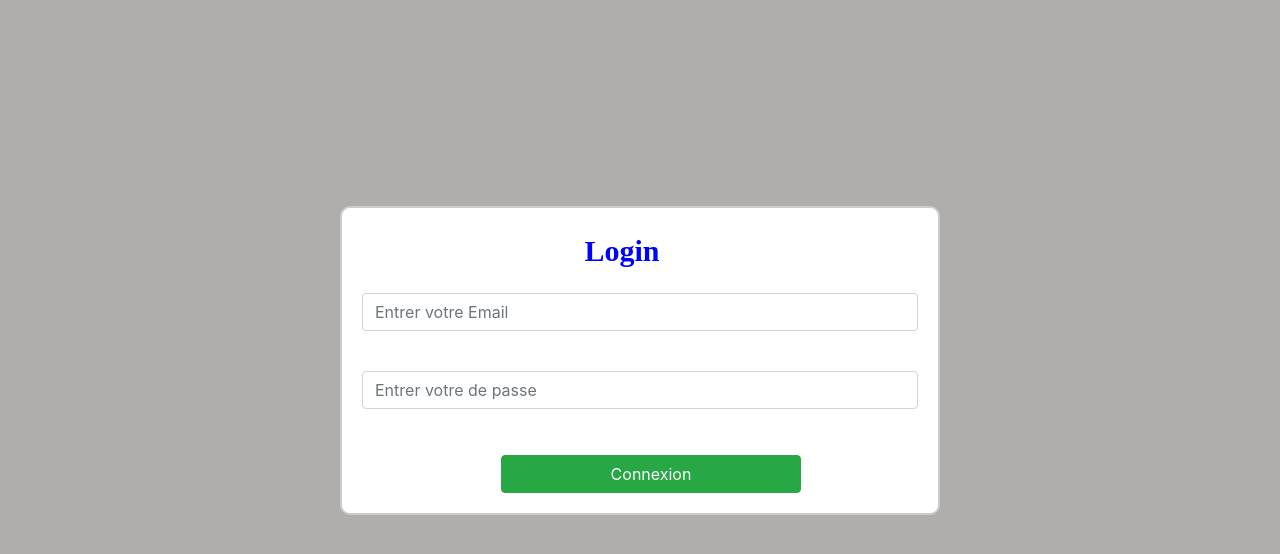
Repository: DiaryRz/FrontWeb
Page: /
An editor plug-in stored every save of this project. The page is shown before and after the next save, followed by the edit.
The browser window is 1280 px wide. The pictures show the whole page.
The project was rebuilt for these pictures with package versions that can differ from the ones it lists, and the page was loaded fresh each time. Also part of the build but not shown: src/component/css/Header.css, src/component/Header.jsx, src/page/css/AppAffichage.css, src/component/css/NavBar.css, src/component/NavBar.jsx, src/component/css/Model.css, src/component/InsertModel.jsx, src/page/AppAffichage.jsx and 26 more.

Above is the page before, as saved 2024-01-28 21:06:58.

### src/App.js
import AppAffichage from './page/AppAffichage';
import Liste from './page/Carburant';
import InsertionBoiteDeVitesse from './page/BoiteDeVitesse';
import InsertionLieu from './page/Lieu';
import InsertionMarque from './page/Marque';
import ListeDesLieux from './page/SelectLieu';
import Login from './component/Login';
import InsertionCategorie from './component/InsertionCategorie';
import ListeCarburant from './page/ListeCarburant';
import ListeCategorie from './page/ListeCategorie';
import Recherche from './page/Recherche';
import AnnonceAValider from './page/AnnonceAValiderPage';
import Chart from './page/ChartPage';
import { BrowserRouter, Route, Routes } from 'react-router-dom';
import ListeDesVit from './page/ListeBoiteDeVitessePage';
import ListeDesMar from './page/ListeMarquePage';

function App() {
  return (
    <div className="App">
      <BrowserRouter>
        <Routes>
          <Route path='/' element = {<Login/> }></Route>
          <Route path='/insertionModel' element={ <AppAffichage /> }></Route>     {/* Insertion model */}
          <Route path='/InsertionCarburant' element={ <Liste /> }></Route>
          <Route path='/InsertionBoiteDeVitesse' element={ <InsertionBoiteDeVitesse /> }></Route>
          <Route path='/InsertionLieu' element={ <InsertionLieu /> }></Route>
          <Route path='/InsertionMarque' element={ <InsertionMarque /> }></Route>
          <Route path='/SelectLieu' element={ <ListeDesLieux /> }></Route>
          <Route path='/insertionCategorie' element = {<InsertionCategorie/> }></Route>
          <Route path='/ListeCarburant' element = {<ListeCarburant/> }></Route>
          <Route path='/Recherche' element = {<Recherche/> }></Route>
          <Route path='/ListeCategorie' element = {<ListeCategorie/> }></Route>
          <Route path='/ListeBoiteVitesse' element = {<ListeDesVit/> }></Route>
          <Route path='/ListeMarque' element = {<ListeDesMar/> }></Route>
          <Route path='/AnnonceAValider' element = {<AnnonceAValider/> }></Route>
          <Route path='/statistic' element = {<Chart/> }></Route>
        </Routes>
      </BrowserRouter>
    </div>
  );
}

export default App;

### src/component/Login.js
import React, { useState } from 'react';
import { useNavigate } from 'react-router-dom';


 /* Login.css */
 const loginContainer = {
    display:'flex',
    justifyContent: 'center',
    alignItems: 'center',
    height: '100vh',
    background: '#b2adad',
};


const loginForm = {
    width: '600px',
    padding: '20px',
    border: '2px solid #ccc',
    borderRadius:'10px',
    backgroundColor: 'white',

};

const Login = () => {
    const [nomUtilisateur, setnomUtilisateur] = useState('');
    const [mdp, setmdp] = useState('');
    const navigate = useNavigate();

    const Inserer = async (e) => {
        e.preventDefault();
        const lieu = { nomUtilisateur, mdp };

        try {
            const response = await fetch('http://localhost:8081/utilisateurs/verifierUser', {
                method: 'POST',
                headers: { 'Content-Type': 'application/json' },
                body: JSON.stringify(lieu),
            });

            if (!response.ok) {
                throw new Error(`Erreur lors de la requête : ${response.status}`);
            } else {
                const responseData = await response.text();

                localStorage.setItem("token", responseData);
                console.log(localStorage.getItem("token"));
                navigate('/insertionModel');
            }
        } catch (error) {
            console.error('Une erreur s\'est produite lors de la requête :', error.message);
            // Vous pouvez ajouter ici la gestion de l'erreur, par exemple afficher un message à l'utilisateur.
        }
    };


    return (
        <form onSubmit={Inserer}>
           <div style={loginContainer}>
                    <form style={loginForm}>
                        <div style={{ fontSize: '30px',fontFamily:'serif', marginBottom: '20px' ,color:'blue',marginLeft:'40%'}}><b>Login</b></div>
                        <div className="mb-3">
                            <input type="email" className="form-control" placeholder="Entrer votre Email" value={nomUtilisateur} onChange={(e) => setnomUtilisateur(e.target.value)} />
                        </div>
                        <div className="mb-3" style={{marginTop:'40px'}}>
                            <input type="password" className="form-control" placeholder="Entrer votre de passe" value={mdp} onChange={(e) => setmdp(e.target.value)} />
                        </div>
                        <button type="submit" className="btn btn-success" style={{width:'300px',marginTop:'30px',marginLeft:'25%'}}>
                            Connexion
                        </button>
                    </form>

                </div>
        </form>
    );
};

export default Login;

Loaded but not shown: public/index.html (common file); src/index.js (common file); src/index.css (common file); src/reportWebVitals.js (common file); src/assets/bootstrap/css/bootstrap.min.css (library)

After the next save:
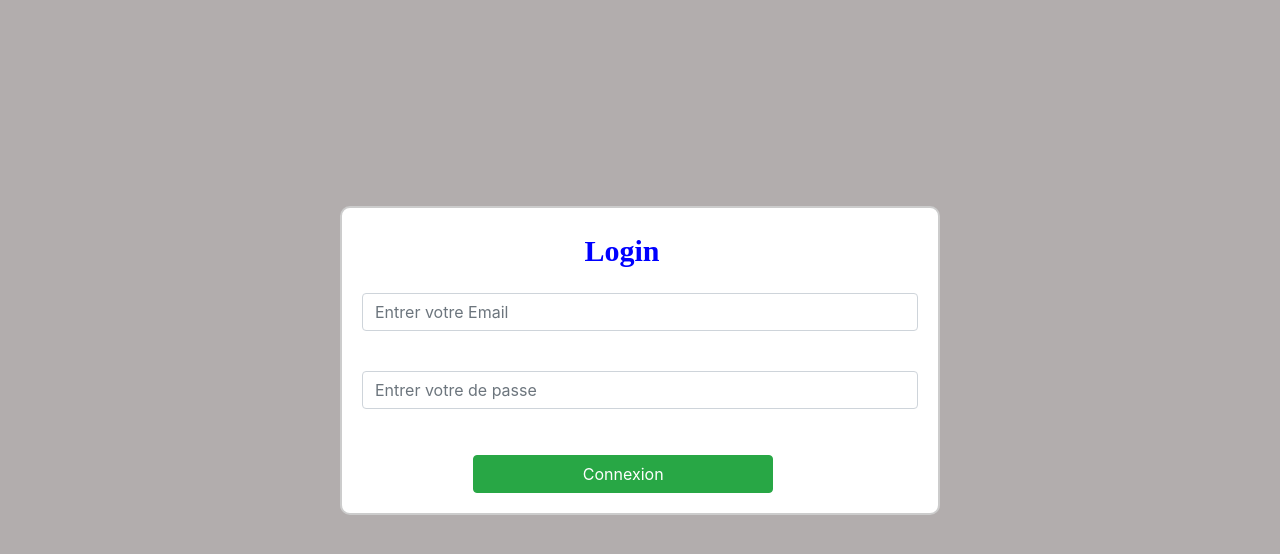
Saved 17 s later.
--- a/src/component/Login.js
+++ b/src/component/Login.js
@@ -64,7 +64,7 @@ const Login = () => {
                         <div className="mb-3" style={{marginTop:'40px'}}>
                             <input type="password" className="form-control" placeholder="Entrer votre de passe" value={mdp} onChange={(e) => setmdp(e.target.value)} />
                         </div>
-                        <button type="submit" className="btn btn-success" style={{width:'300px',marginTop:'30px',marginLeft:'25%'}}>
+                        <button type="submit" className="btn btn-success" style={{width:'300px',marginTop:'30px',marginLeft:'20%'}}>
                             Connexion
                         </button>
                     </form>
